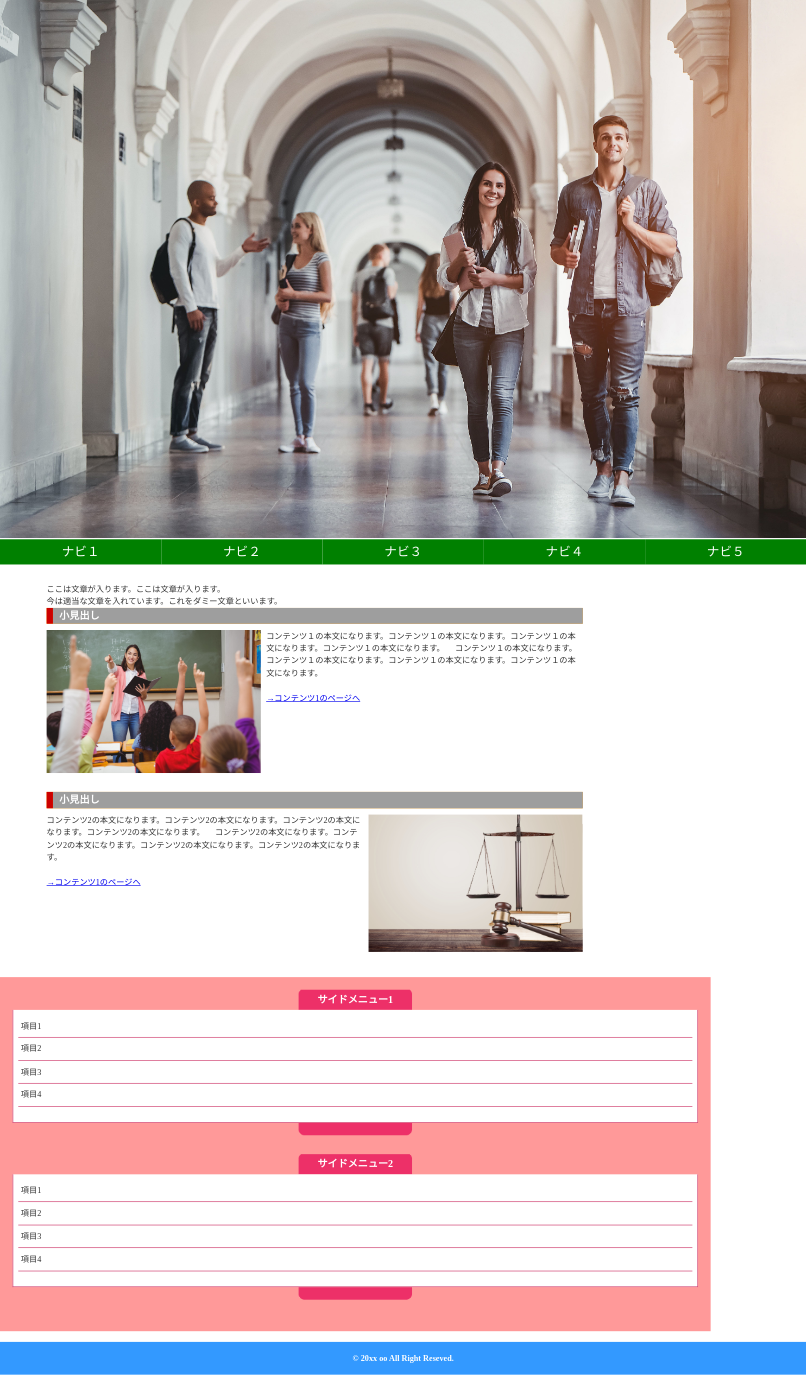
Repository: nekonoko114/samurai_HTML-CSS
Page: home.html
The author's editor kept a record of every edit. The page is drawn from the files as they stood at one moment, then again after the next edit.
The browser window is 1280 px wide. The pictures show the whole page, at 63% of full size.
Pictures or frames that could not be fetched are drawn as grey boxes.

Above is the page before.

### home.html
<!DOCTYPE html>
<html lang="ja">
<head>
    <meta charset="UTF-8">
    <meta name="viewport" content="width=device-width, initial-scale=1.0">
    <meta http-equiv="X-UA-Compatible" content="ie=edge">
    <link rel="stylesheet" href="stylesheet.css"></link>
    <title>HTML/CSSの学習</title>
</head>
<body>
     <div id="header">
                 <h1><a href="index.html"><img id="corridor"src="images/corridor.jpg" alt="大学の廊下"></a></h1>
     </div>
     <div id="wrapper">
           <div id="nav">
                <ul>
                      <li><a href="home.html">ナビ１</a></li>
                      <li><a href="#">ナビ２</a></li>
                      <li><a href="#">ナビ３</a></li>
                      <li><a href="#">ナビ４</a></li>
                      <li><a href="#">ナビ５</a></li>
                </ul>
           </div>
     </div>
     <div id="container">
           <div id="main">
                 <div class="post">
                       <p>ここは文章が入ります。ここは文章が入ります。<br>今は適当な文章を入れています。これをダミー文章といいます。    </p>
                       <div class="post clearfix">
                             <h2>小見出し</h2>
                             <img class="left" src="images/classroom.jpg" alt="授業風景">
                             <p>コンテンツ１の本文になります。コンテンツ１の本文になります。コンテンツ１の本文になります。コンテンツ１の本文になります。
                             　コンテンツ１の本文になります。コンテンツ１の本文になります。コンテンツ１の本文になります。コンテンツ１の本文になります。</p>
                             　<p><a href="#">→コンテンツ1のページへ</a></p>
                       </div>
                        <div class="post clearfix">
                             <h2>小見出し</h2>
                             <img class="right" src="images/scale.jpg" alt="天秤">
                             <p>コンテンツ2の本文になります。コンテンツ2の本文になります。コンテンツ2の本文になります。コンテンツ2の本文になります。
                             　コンテンツ2の本文になります。コンテンツ2の本文になります。コンテンツ2の本文になります。コンテンツ2の本文になります。</p>
                             　<p><a href="#">→コンテンツ1のページへ</a></p>
                       </div>
                 </div>
           </div>
     </div>


     <div id="side">
           <div class="box">
                 <h2>サイドメニュー1</h2>
                 <div class="boxBody">
                       <ul>
                             <li>項目1</li>
                             <li>項目2</li>
                             <li>項目3</li>
                             <li>項目4</li>
                       </ul>
                 </div>
           </div>
           <div class="box">
                 <h2>サイドメニュー2</h2>
                 <div class="boxBody">
                       <ul>
                             <li>項目1</li>
                             <li>項目2</li>
                             <li>項目3</li>
                             <li>項目4</li>
                       </ul>
                 </div>
           </div>
     </div>


    <div id="sort">
        <h1></h1>
        <h1></h1>
        <h1></h1>
        <h1></h1>
    </div>



     <div id="footer">
           <p>&copy; 20xx oo All Right Reseved.</p>
     </div>
</body>
</html>

### stylesheet.css
@charset "UTF-8";

body {
    margin : 0;
    padding : 0;
    font-family : "ヒラギノ角ゴ　pro w3" , "Hiragino Kaku Gothic pro" "メイリオ",
    Meiryo,osaka,"MS "ＭＳ Ｐゴシック","MS PGothic", sans-serif;";
    color : #333;
    font-size : 13px;
    line-height : 150%;
}

/*---------------------------------------wrapper-------------------------------*/

#wrapper {
    width :100%;
    margin :auto;
    padding : 0;
    border : 0;
    background-color : #fff;
}
/*---------------positionプロパティー-----------------*/

#header {
    width : 100%;
}

#header h1 {
    margin: 0;
    padding: 0;
}

#corridor {
    width: 100%;
    height : auto;
}

#footer {
    clear : both;
    width: 100%;
    padding: 3px 0 3px 0;
    background-color: #39F;
    color :#fff;
    font-weight : bold;
    text-align :center;
}

/*-------------nav------------------*/

#nav {
    width: 100%;
}

#nav ul{
    display:flex;
    padding: 0;
    margin: 0;
    list-style : none;
}

#nav ul li {
    /*float: left;*/
    width: 20%;
    text-align:center;

}
#nav ul li  a{
    display: block;
    height :20px;
    margin: 0;
    padding: 10px;
    color : #fff;
    font-size :20px;
    text-decoration : none;
    background-color: green;
}

/*-----------疑似要素-----------------------*/
#nav ul li a:hover {
    filter : drop-shadow(10px 10px 10px black);
}
/*---------containe------------------------*/
#container {
    width: 90%;
    margin: auto;
    padding: auto;
    padding-top :20px;
    clear :both;
    display: grid;
    grid-template-columns: 70vw 30vw;
}

/*----------------main---------------------*/
#main {
    /*float: left;*/
    /*width: 60%;*/
    width: 95%;
    padding : 10px 30px 10px 10px;
}

#main h2 {
    margin : 0  0 10px 0;
    padding : 3px 10px 3px 10px;
    color : #fff;
    border-left : solid 10px #c00;
    font-size :16px;
    background : #F90 url("../images/main_h2.jpg") right top repeat;
}

#main p {
   padding: 0;
   margin: 0;
}

#main .post {
    margin :0 0 30px 0;
}

#main .post img.right {
    margin :0 0 0 8px;
}

#main .post img.left {
    margin :0 8px 0 0 ;
}

.right {
    float: right;
    width: 40%;
    height :auto;
}
.left {
    float : left;
    width : 40% ;
    height :auto;
}

/*----------clearfix-----------------------*/
.clearfix {
    zoom :1
}

.clearfix:after {
    content :"";
    display : block;
    clear : both;
}

/*------------side---------------------------*/

#side {
    /*float : right;*/
    /*width: 30%;*/
    width: 85%;
    padding: 20px;
    background-color: #f99;
}

#side .box {
    margin :0 auto 30px auto;
    padding :0 0 20px 0;
    background : url(images/side_box.png) bottom no-repeat;
}

#side .box h2 {
     margin: 0;
     padding: 8px;
     text-align: center;
     color :#fff;
     font-size : 16px;
     line-height : 16px;
     font-weight: bold;
     background : url(images/side_box_h2.png) center no-repeat ;
}
#side .box .boxBody {

    padding: 8px;
    border-right :solid 1px #c36;
    border-bottom : solid 1px #c36;
    border-left : solid 1px #c36;
    background : #fff;
}

#side .box .boxBody ul {
    margin: 0 0 16px 0;
    padding: 0;
}

#side .box .boxBody ul li {
    padding: 8px 0 8px 4px;
    list-style: none;
    border-bottom  :solid 1px #c36;
}

#side .box .boxBody ul li:hover {
    padding :8px 0 8px 4px;
    list-style : none;
    border-bottom : solid 1px #c36;
    box-shadow : 0px 4px 4px rgba(0,0,0,0.3);
}

After the next edit:
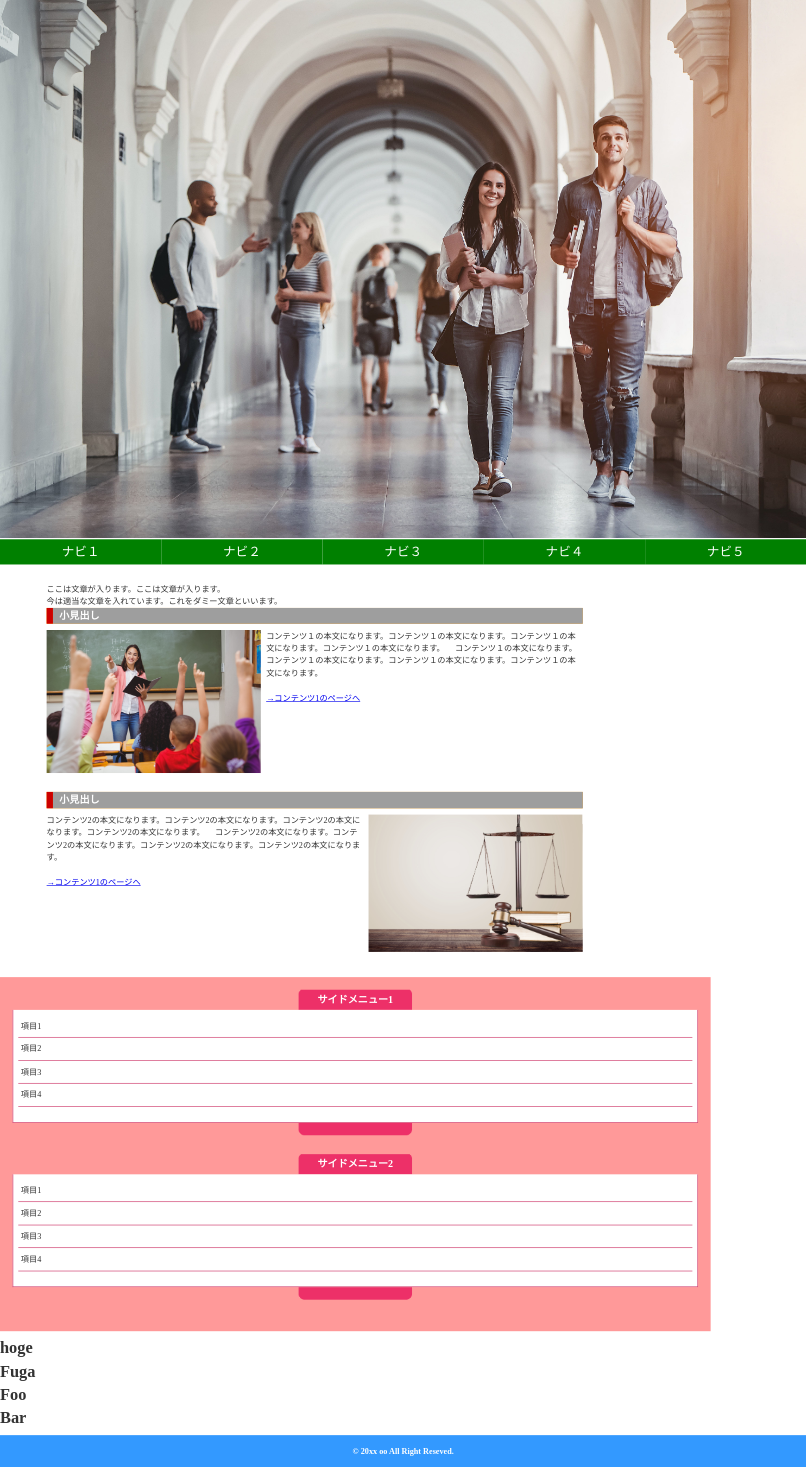
The edit:
--- a/home.html
+++ b/home.html
@@ -72,10 +72,10 @@
 
 
     <div id="sort">
-        <h1></h1>
-        <h1></h1>
-        <h1></h1>
-        <h1></h1>
+        <h1>hoge</h1>
+        <h1>Fuga</h1>
+        <h1>Foo</h1>
+        <h1>Bar</h1>
     </div>
 
 
